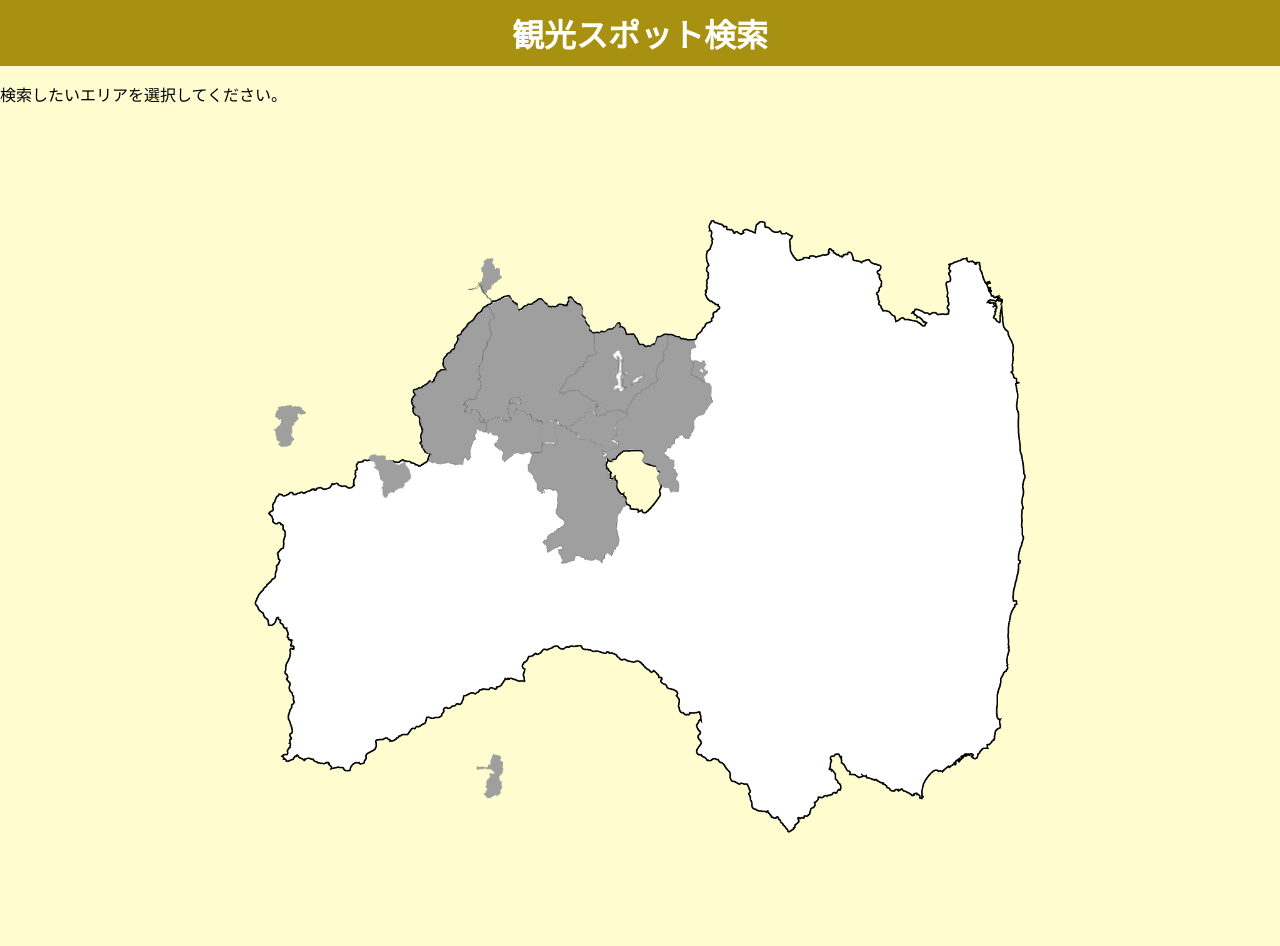
Repository: ryoutana/tanaryou.github.io
Page: Downloads/project/index.html
An editor plug-in stored every save of this project. The page is shown before and after the next save, followed by the edit.
The browser window is 1280 px wide. The pictures show the whole page.

Above is the page before, as saved 2025-04-29 13:48:39.

### Downloads/project/index.html
<!DOCTYPE html>
<html lang="ja">
<head>
    <meta charset="UTF-8">
    <meta name="viewport" content="width=device-width, initial-scale=1.0">
    <title>観光スポット検索</title>
    <link rel="stylesheet" href="styles.css">
</head>
<body>
    <header>
        <h1 id="pageTitle">観光スポット検索</h1>
    </header>
    <main>
        <section id="intro">
            <p id="introText">検索したいエリアを選択してください。</p>
            <div id="mapContainer">
                <img id="introImage" src="福島県白地図.png" alt="福島県の地図">
                <div id="spotContainer"></div>
            </div>
        </section>
    </main>
    <script src="script.js"></script>
</body>
</html>

### Downloads/project/styles.css
/* styles.css */

/* 全体のリセット */
body, html {
    margin: 0;
    padding: 0;
    box-sizing: border-box;
    background-color: #fffdd0; /* 背景色をクリーム色に設定 */
    font-family: Arial, sans-serif;
}

/* ヘッダーのスタイル */
header {
    text-align: center;
    background-color: #a89110; /* ゴールド系の背景色 */
    padding: 10px 0;
}

#pageTitle {
    font-size: 2em;
    margin: 0;
    color: #fff; /* 白文字 */
}

/* 地図全体のコンテナ */
#mapContainer {
    position: relative;
    width: 80%; /* 地図の幅を画面幅に応じて調整 */
    max-width: 800px;
    margin: 20px auto;
    overflow: hidden;
    text-align: center;
}

#introImage {
    width: 100%; /* 地図画像を親要素にフィットさせる */
    height: auto;
    display: block;
    margin: 0 auto;
    z-index: 1;
}

/* スポット画像のコンテナ */
#spotContainer {
    position: absolute;
    top: 0;
    left: 0;
    width: 100%;
    height: 100%;
    z-index: 2;
}

/* スポット画像のスタイル */
.spot-image {
    position: absolute;
    transform: translate(-50%, -50%); /* 中心基準で配置 */
    cursor: pointer;
    transition: filter 0.3s ease;
    filter: brightness(0.8) saturate(0); /* デフォルトで薄い灰色 */
}

.spot-image:hover {
    filter: brightness(1.2) hue-rotate(90deg); /* カーソルが乗ると黄緑 */
}

.spot-image.active {
    filter: brightness(1) hue-rotate(120deg) saturate(2); /* クリックでしっかり緑 */
}

### Downloads/project/script.js
// script.js

// スポットデータ（座標は地図画像内の相対的なピクセル位置）
const spots = [
    { name: '会津坂下町', img: '会津坂下町(白地図).png', x: 275, y: 303, width: 78 },
    { name: '会津若松市', img: '会津若松市(白地図).png', x: 337, y: 368, width: 158 },
    { name: '会津美里町', img: '会津美里町(白地図).png', x: 250, y: 150, width: 40 },
    { name: '喜多方市', img: '喜多方市(白地図).png', x: 291, y: 230, width: 170 },
    { name: '金山町', img: '金山町(白地図).png', x: 450, y: 250, width: 45 },
    { name: '三島町', img: '三島町(白地図).png', x: 50, y: 300, width: 50 },
    { name: '昭和村', img: '昭和村(白地図).png', x: 150, y: 350, width: 55 },
    { name: '西会津町', img: '西会津町(白地図).png', x: 214, y: 260, width: 180 },
    { name: '猪苗代町', img: '猪苗代町(白地図).png', x: 418, y: 288, width: 178 },
    { name: '湯川村', img: '湯川村(白地図).png', x: 309, y: 306, width: 30 },
    { name: '磐梯町', img: '磐梯町(白地図).png', x: 357, y: 304, width: 69 },
    { name: '北塩原村', img: '北塩原村(白地図).png', x: 374, y: 244, width: 123 },
    { name: '柳津町', img: '柳津町(白地図).png', x: 250, y: 650, width: 50 }
];

// スポットを動的に生成
function generateSpots() {
    const spotContainer = document.getElementById('spotContainer');
    const mapContainer = document.getElementById('mapContainer');

    if (!spotContainer || !mapContainer) {
        console.error('Error: 必要な要素が見つかりません。');
        return;
    }

    const mapWidth = mapContainer.offsetWidth; // 地図の幅
    const mapHeight = mapContainer.offsetHeight; // 地図の高さ

    spots.forEach(spot => {
        const img = document.createElement('img');
        img.src = spot.img;
        img.alt = spot.name;
        img.style.width = `${(spot.width / 800) * mapWidth}px`; // 幅を地図のサイズに比例させる
        img.style.left = `${(spot.x / 800) * mapWidth}px`; // x座標を地図のサイズに比例させる
        img.style.top = `${(spot.y / 800) * mapHeight}px`; // y座標を地図のサイズに比例させる
        img.classList.add('spot-image');

        // クリックイベントで色を変更
        img.addEventListener('click', () => {
            if (img.classList.contains('active')) {
                img.classList.remove('active'); // 緑から灰色に戻す
            } else {
                img.classList.add('active'); // 緑にする
            }
        });

        spotContainer.appendChild(img);
    });
}

// 初期化処理
function init() {
    generateSpots();
    console.log('スポット画像の生成が完了しました。');
}

// ページ読み込み時に初期化
window.onload = init;

After the next save:
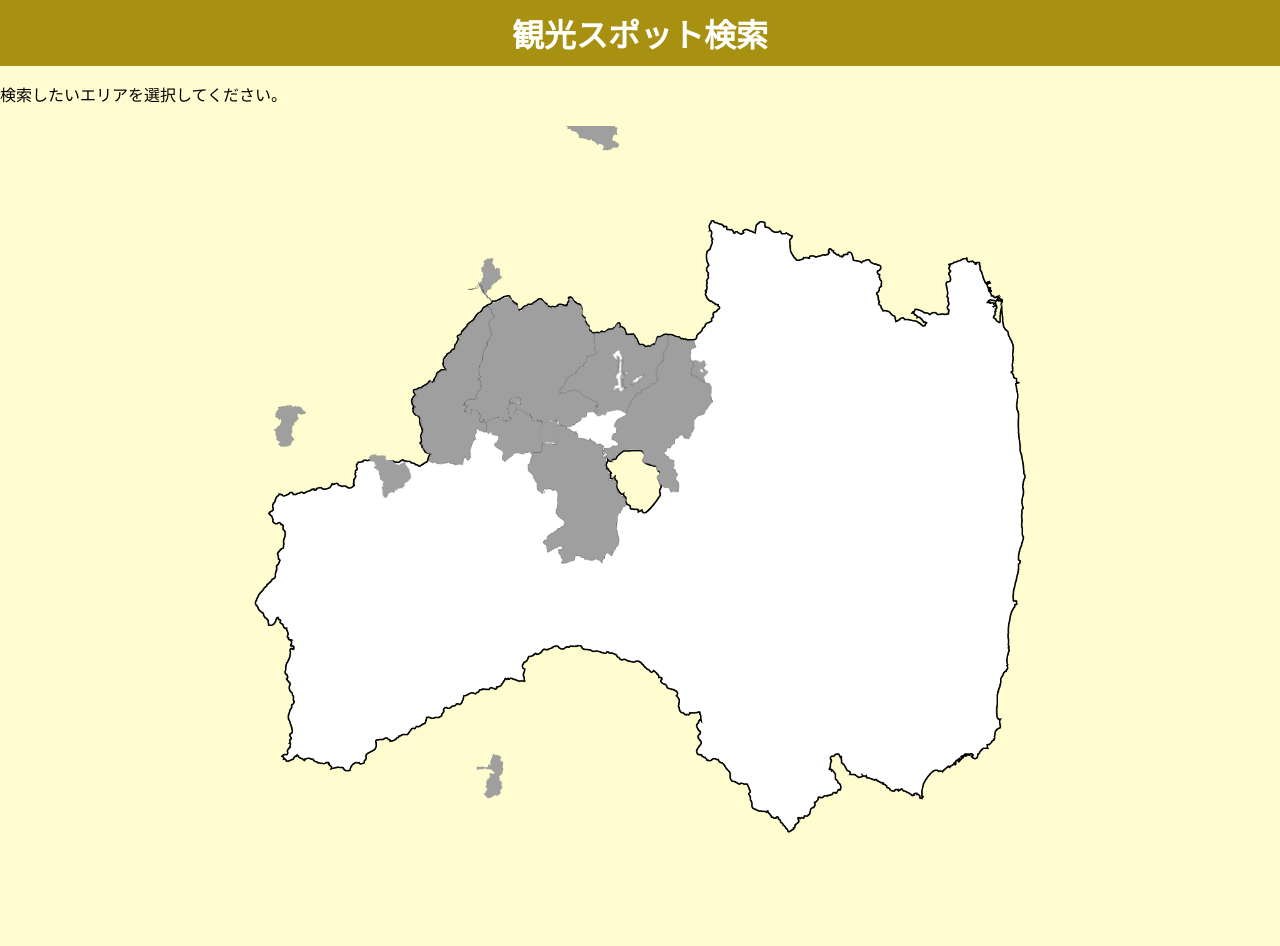
Saved 81 s later.
--- a/Downloads/project/script.js
+++ b/Downloads/project/script.js
@@ -12,7 +12,7 @@
     { name: '西会津町', img: '西会津町(白地図).png', x: 214, y: 260, width: 180 },
     { name: '猪苗代町', img: '猪苗代町(白地図).png', x: 418, y: 288, width: 178 },
     { name: '湯川村', img: '湯川村(白地図).png', x: 309, y: 306, width: 30 },
-    { name: '磐梯町', img: '磐梯町(白地図).png', x: 357, y: 304, width: 69 },
+    { name: '磐梯町', img: '磐梯町(白地図).png', x: 357, y: 3, width: 69 },
     { name: '北塩原村', img: '北塩原村(白地図).png', x: 374, y: 244, width: 123 },
     { name: '柳津町', img: '柳津町(白地図).png', x: 250, y: 650, width: 50 }
 ];

After the save that followed:
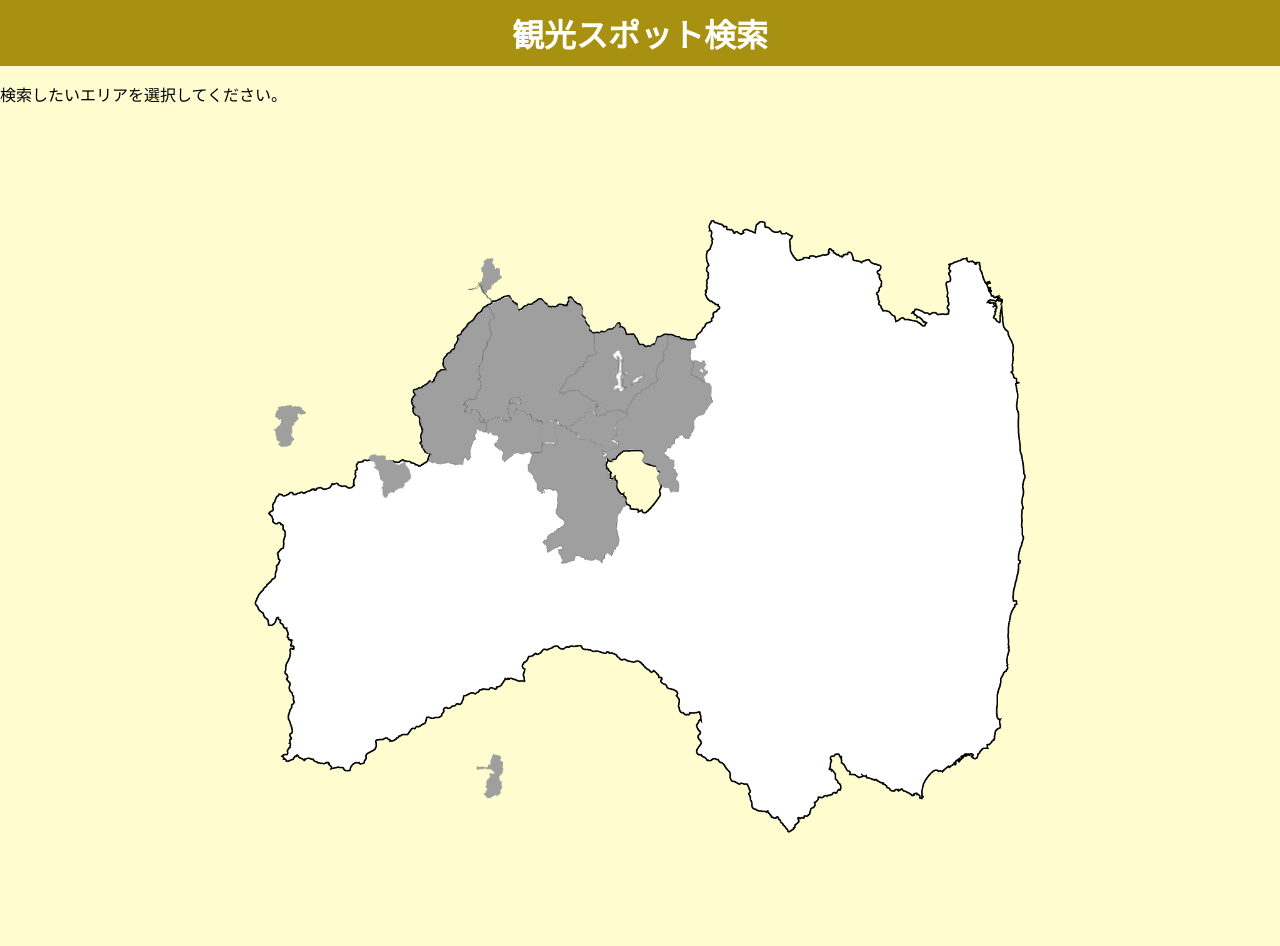
Saved 5 s later.
--- a/Downloads/project/script.js
+++ b/Downloads/project/script.js
@@ -12,7 +12,7 @@
     { name: '西会津町', img: '西会津町(白地図).png', x: 214, y: 260, width: 180 },
     { name: '猪苗代町', img: '猪苗代町(白地図).png', x: 418, y: 288, width: 178 },
     { name: '湯川村', img: '湯川村(白地図).png', x: 309, y: 306, width: 30 },
-    { name: '磐梯町', img: '磐梯町(白地図).png', x: 357, y: 3, width: 69 },
+    { name: '磐梯町', img: '磐梯町(白地図).png', x: 357, y: 304, width: 69 },
     { name: '北塩原村', img: '北塩原村(白地図).png', x: 374, y: 244, width: 123 },
     { name: '柳津町', img: '柳津町(白地図).png', x: 250, y: 650, width: 50 }
 ];
